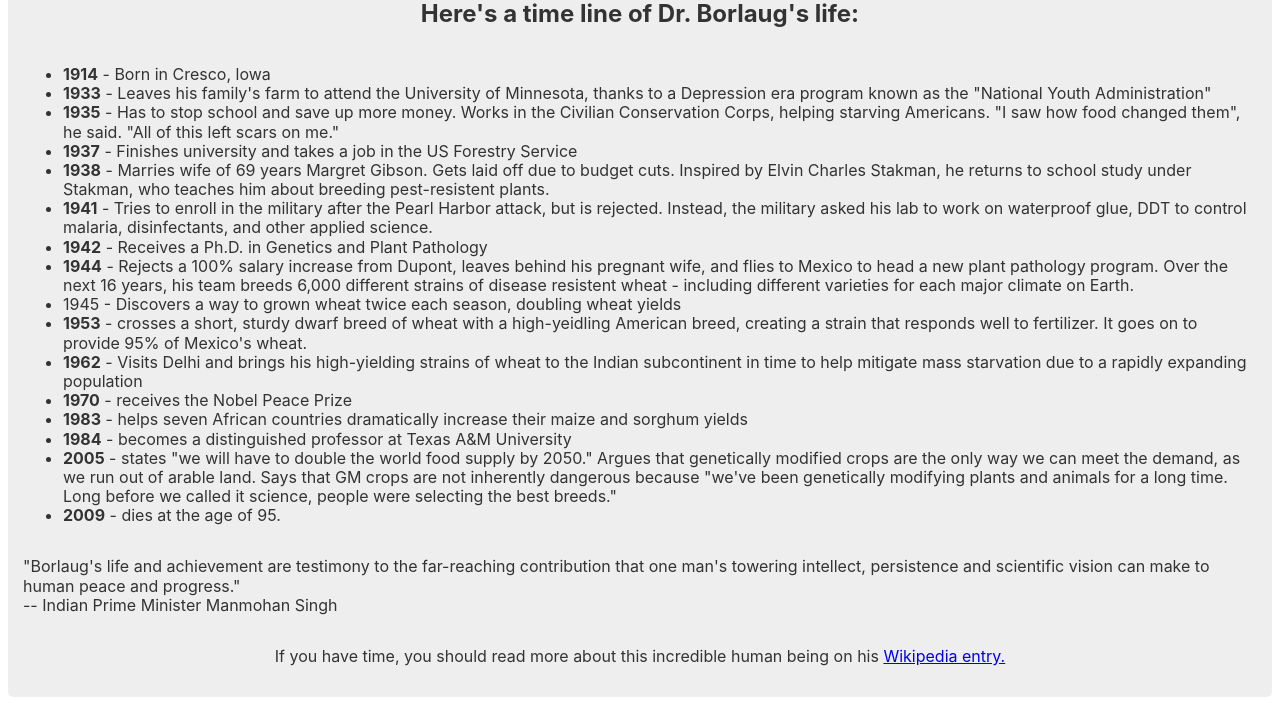
Repository: Lungdjos/tribute-page-certificate
Page: index.html
The author's editor kept a copy of each file at every save. The page is drawn from the files as they stood at one save, then again after the next save.
The browser window is 1280 px wide. The pictures show the part of the page from y = 508 to 1235 px (the page is 1235 px tall).
A picture or video elsewhere on the page could not be fetched, so the positions and the page height are approximate.

Above is the page before, as saved 2023-10-30 12:35:57.

After the next save:
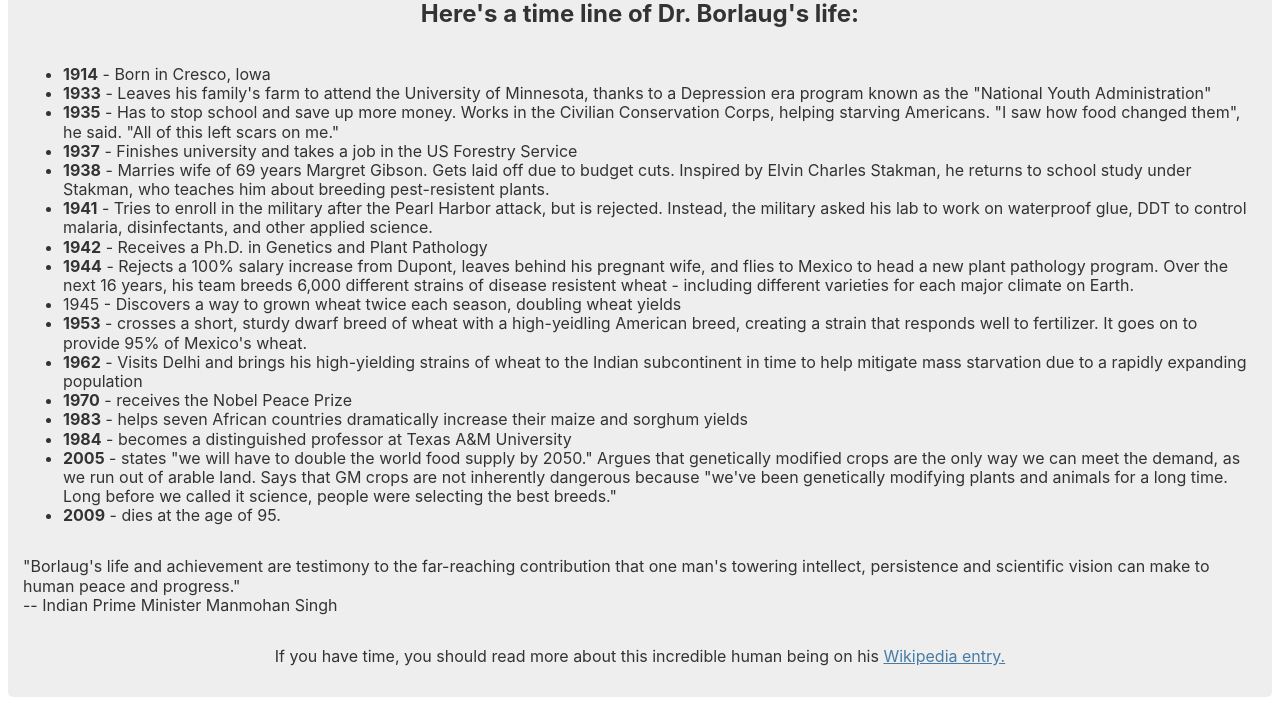
Saved 34 s later.
--- a/styles.css
+++ b/styles.css
@@ -48,3 +48,11 @@
         flex-wrap: wrap;
         text-align: left;
     }
+
+    a {
+        color: #477ca7;
+    }
+
+    a:visited {
+        color: #74638f;
+    }
